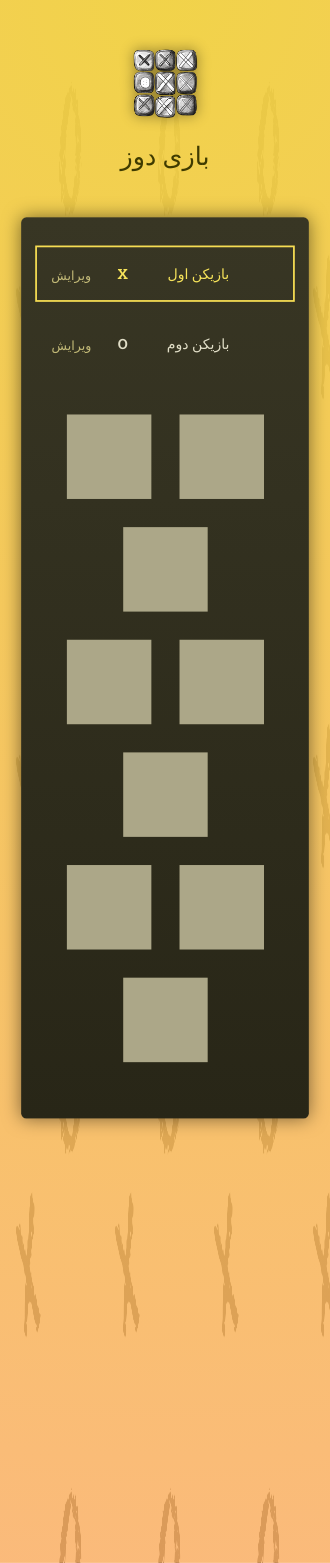
Repository: H-ala/react-tic-toc-toe
Page: /
These files come from the project's save history. The page is drawn as it stood at one moment and after a run of saves; the edit follows.
The browser window is 375 px wide. The pictures show the whole page, at 88% of full size.
Some web fonts or font styles are not loaded; a fallback is used. The project was rebuilt for these pictures with package versions that can differ from the ones it lists, and the page was loaded fresh each time. Also part of the build but not shown: vite.config.js, src/components/GameOver.jsx.

Above is the page before, as saved 2025-10-21 18:38:19.

After the next 2 saves:
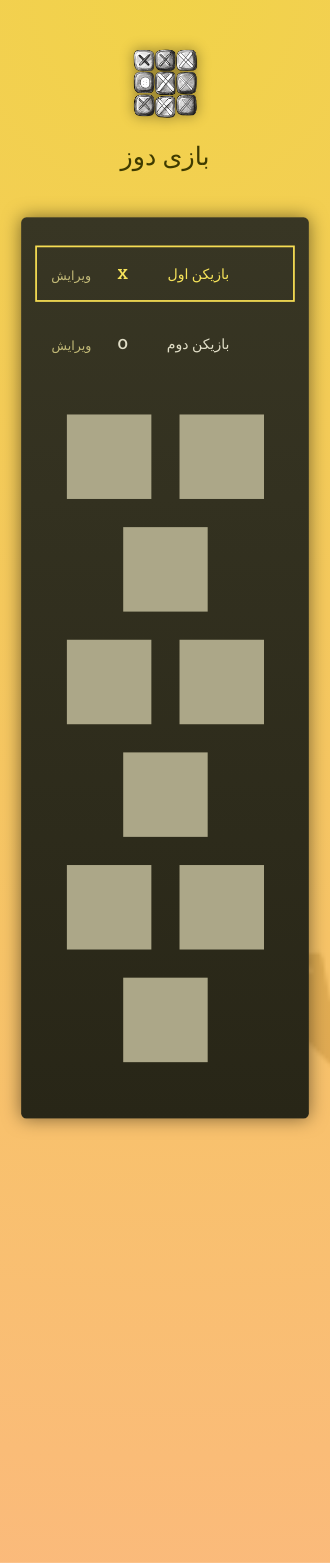
The 2 saves are shown as one change because they came seconds apart.
The last was saved 15 s later.
--- a/src/index.css
+++ b/src/index.css
@@ -383,6 +383,10 @@ ol {
   }
 }
 @media (max-width: 480px) {
+  body {
+    background-size: cover;
+  }
+
   header img {
     width: 4.5rem;
   }
